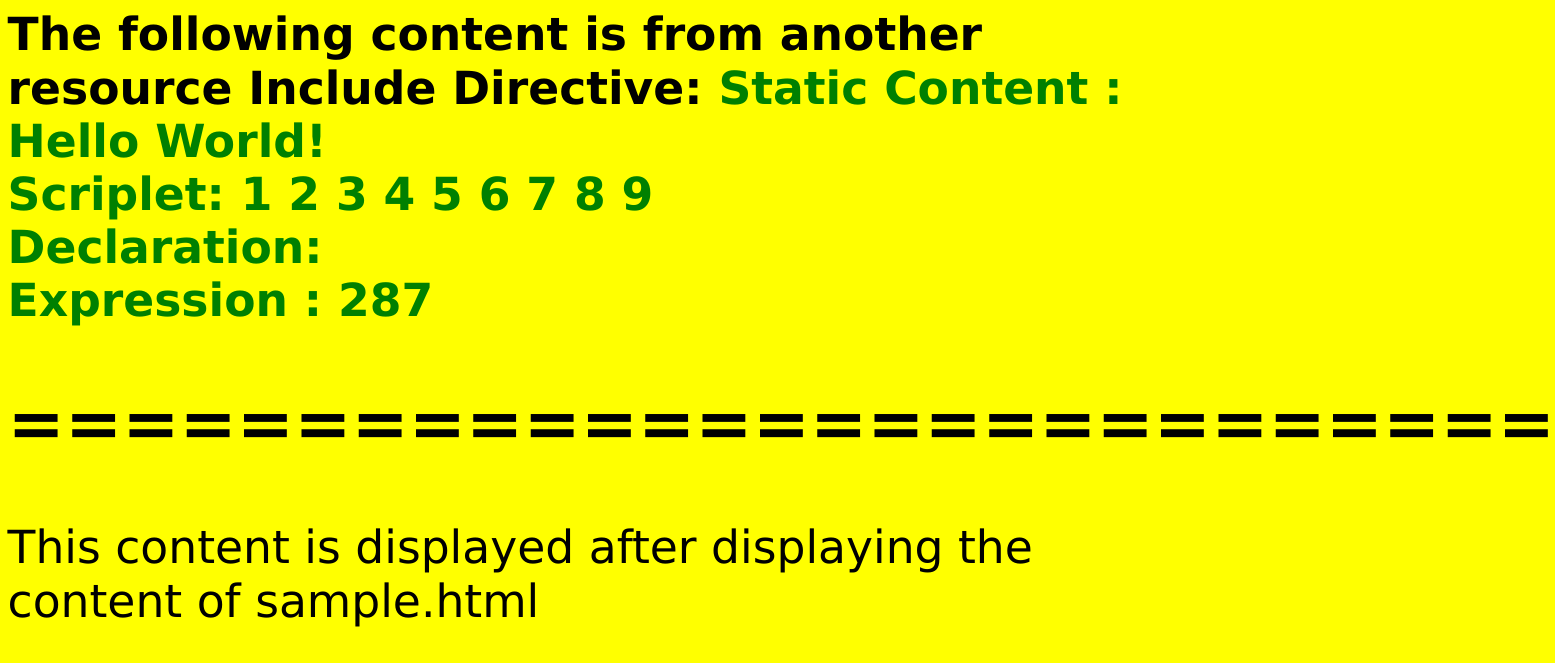
Repository: Lasya-Kankata/FSD_with_java
Page: http://localhost/JspApp/sample.jsp
An editor plug-in stored every save of this project. The page is shown before and after the next save, followed by the edit.
The browser window is 1280 px wide. The page is 1637 px wide, so the pictures cover 1637 px, including what lies to the right of the window. The pictures show the whole page, at 95% of full size.
The page is served by Tomcat 9.

Above is the page before, as saved 2024-06-05 06:45:21.

After the next save:
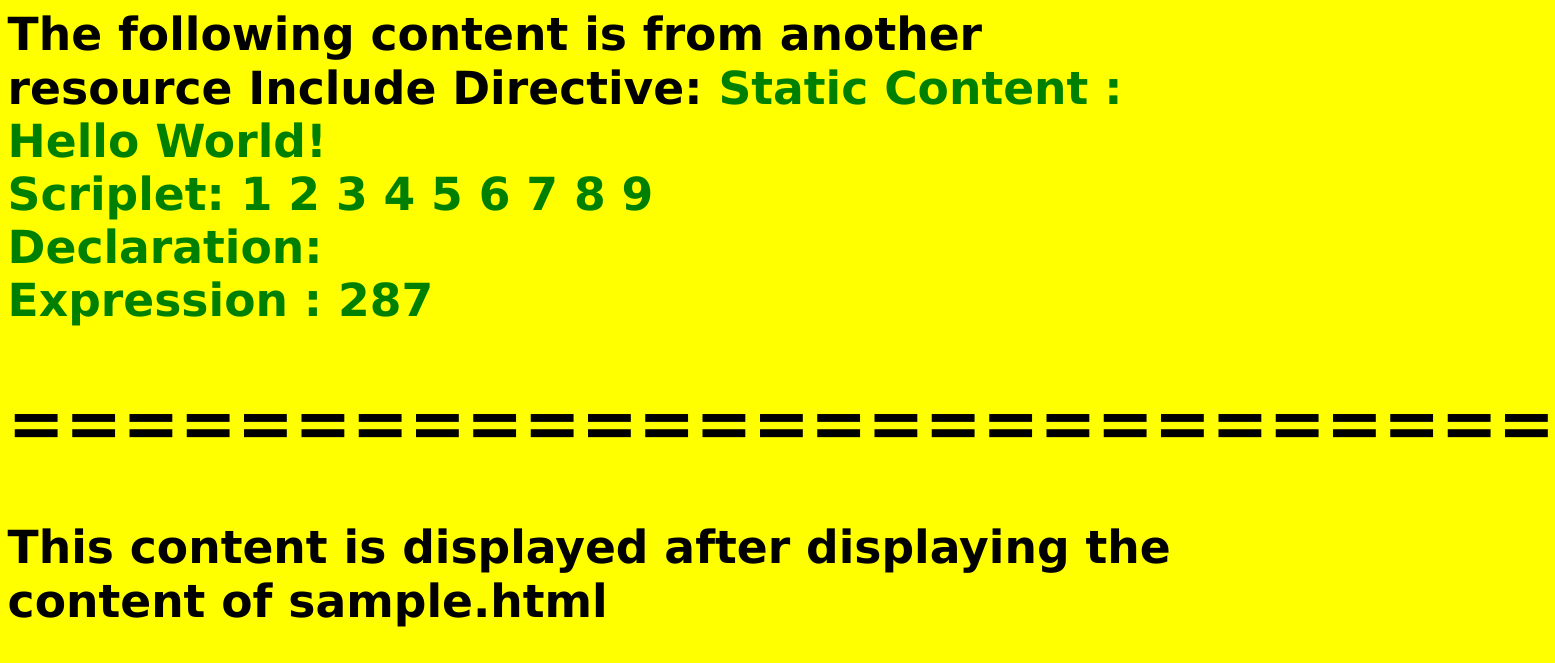
Saved 104 min 48 s later.
--- a/JspApp/src/main/webapp/sample.jsp
+++ b/JspApp/src/main/webapp/sample.jsp
@@ -13,7 +13,7 @@
 	<%-- <jsp:forward page="index.jsp"/> --%>
 	<jsp:include page="index.jsp"></jsp:include>
 	<h2>===========================</h2>
-	</b>This content is
-	displayed after displaying the content of sample.html</font>
+	<b>This content is
+	displayed after displaying the content of sample.html</b></b></font>
 </body>
 </html>
